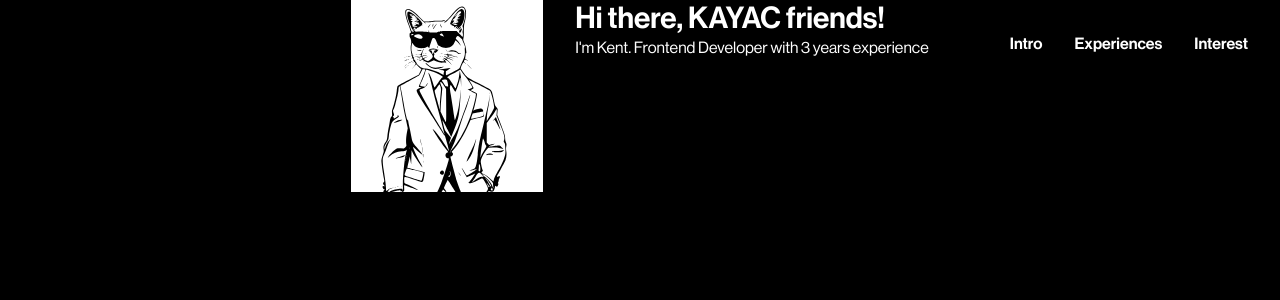
Repository: kentnathaniel/kayac-presentation
Page: /
An editor plug-in stored every save of this project. The page is shown before and after the next save, followed by the edit.
The browser window is 1280 px wide. The pictures show the whole page.
The project was rebuilt for these pictures with package versions that can differ from the ones it lists, and the page was loaded fresh each time. Also part of the build but not shown: vite.config.ts.

Above is the page before, as saved 2024-09-14 09:21:16.

After the next save:
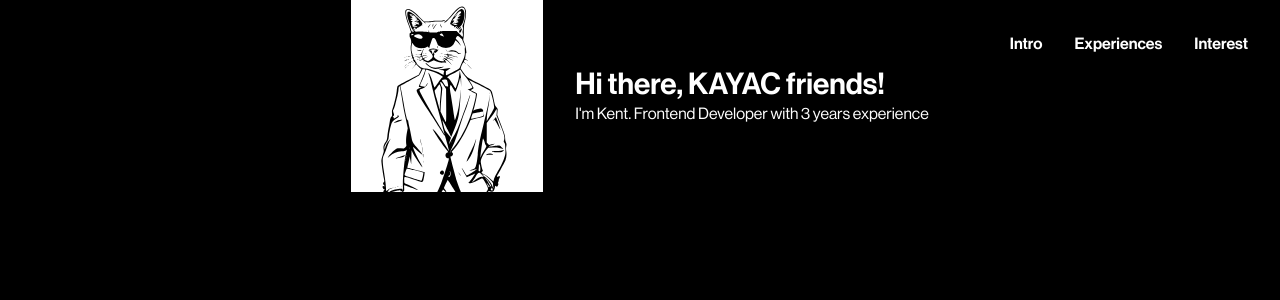
Saved 7 s later.
--- a/src/App.tsx
+++ b/src/App.tsx
@@ -10,7 +10,7 @@ function App() {
       </nav>
 
       <div className="justify-center mx-auto h-screen ">
-        <div className="flex h-fit gap-8">
+        <div className="flex h-fit gap-8 items-center">
           <div className="bg-white w-fit">
             <SmartCat className="text-white w-48 h-48" />
           </div>
